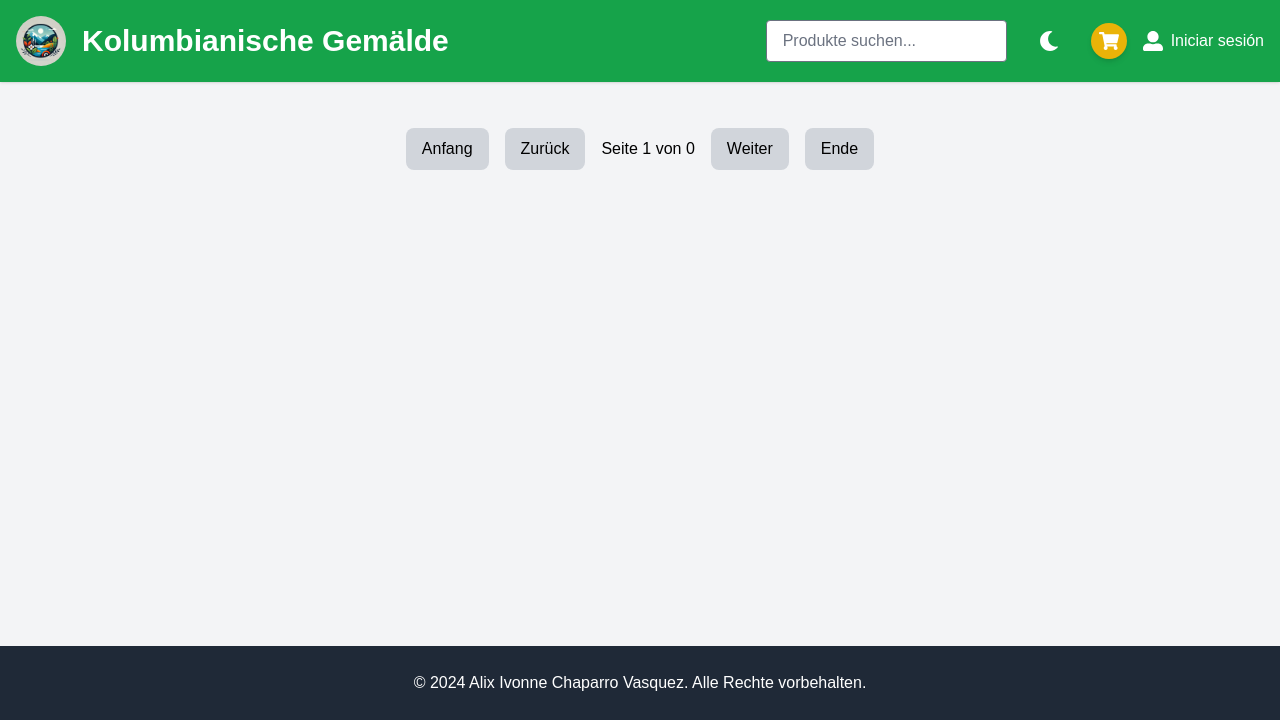
Repository: alixchaparrov/bilder-shop
Page: /
The author's editor kept a copy of each file at every save. The page is drawn from the files as they stood at one save, then again after the next save.
The browser window is 1280 px wide. The pictures show the whole page.
The page's requests for data from a server got no answer. The project was rebuilt for these pictures with package versions that can differ from the ones it lists, and the page was loaded fresh each time. The framework's server and built-in components were replaced by stand-ins that run in the browser. No one was signed in, and anything a server would have sent is missing. Also part of the build but not shown: next.config.ts, src/app/components/ProductCard.tsx, src/lib/firebaseConfig.ts, src/app/components/AuthComponent.tsx.

Above is the page before, as saved 2024-12-27 18:34:23.

### src/app/layout.tsx
"use client";

import "./globals.css";
import { Geist, Geist_Mono } from "next/font/google";

const geistSans = Geist({
  variable: "--font-geist-sans",
  subsets: ["latin"],
});

const geistMono = Geist_Mono({
  variable: "--font-geist-mono",
  subsets: ["latin"],
});

export default function RootLayout({
  children,
}: {
  children: React.ReactNode;
}) {
  return (
    <html lang="de">
      <head>
        <title>Kolumbianische Gemälde</title>
        <meta
          name="description"
          content="Galerie von kolumbianischen Landschaftsgemälden. Entdecken Sie die Schönheit Kolumbiens durch unsere einzigartigen Kunstwerke."
        />
        <meta
          name="keywords"
          content="Kolumbianische Kunst, Landschaftsgemälde, Gemälde kaufen"
        />
        <link rel="icon" href="/favicon.ico" />
      </head>
      <body className={`${geistSans.variable} ${geistMono.variable} antialiased`}>
        {children}
      </body>
    </html>
  );
}

### src/app/page.tsx
"use client";

import { useState, useEffect } from "react";
import client from "@/lib/sanity";
import ProductCard from "@/app/components/ProductCard";
import Image from "next/image";
import { useCartStore } from "@/store/cartStore";
import { FaMinus, FaPlus, FaTrash, FaShoppingCart, FaMoon, FaSun, FaUserAlt } from "react-icons/fa";
import AuthComponent from "@/app/components/AuthComponent"; // Importación del componente de autenticación

export default function Home() {
  const [products, setProducts] = useState([]);
  const { cart, addToCart, removeFromCart, clearCart, removeOneFromCart } =
    useCartStore();
  const [searchQuery, setSearchQuery] = useState("");
  const [darkMode, setDarkMode] = useState(false);
  const [showCart, setShowCart] = useState(false);
  const [currentPage, setCurrentPage] = useState(1);
  const itemsPerPage = 6;

  const [showModal, setShowModal] = useState(false); // Estado para el modal de autenticación

  useEffect(() => {
    const fetchProducts = async () => {
      try {
        const fetchedProducts = await client.fetch(`*[_type == "product"]`);
        setProducts(fetchedProducts);
      } catch (err) {
        console.error("Error al cargar productos:", err);
      }
    };

    fetchProducts();
  }, []);

  const filteredProducts = products.filter((product) =>
    product.name.toLowerCase().includes(searchQuery.toLowerCase())
  );

  const totalPages = Math.ceil(filteredProducts.length / itemsPerPage);
  const paginatedProducts = filteredProducts.slice(
    (currentPage - 1) * itemsPerPage,
    currentPage * itemsPerPage
  );

  const getTotalPrice = () => {
    return cart.reduce((total, item) => total + item.price * item.quantity, 0);
  };

  return (
    <div
      className={`min-h-screen flex flex-col ${
        darkMode ? "bg-gray-900 text-white" : "bg-gray-100 text-black"
      }`}
    >
      {/* Barra de navegación */}
      <nav className="p-4 fixed top-0 w-full shadow bg-green-600 text-white z-10">
        <div className="max-w-7xl mx-auto flex justify-between items-center">
          <div className="flex items-center space-x-4">
            <Image
              src="/images/logo.png"
              alt="Kolumbianische Gemälde Logo"
              width={50}
              height={50}
              className="rounded-full"
            />
            <h1 className="text-3xl font-bold">Kolumbianische Gemälde</h1>
          </div>
          <div className="flex items-center space-x-4">
            <input
              type="text"
              placeholder="Produkte suchen..."
              className="px-4 py-2 rounded-lg text-black"
              value={searchQuery}
              onChange={(e) => setSearchQuery(e.target.value)}
            />
            <button
              className="px-4 py-2 rounded-lg"
              onClick={() => setDarkMode(!darkMode)}
            >
              {darkMode ? <FaSun size={20} /> : <FaMoon size={20} />}
            </button>
            <button
              className="cart-button flex items-center space-x-2 text-white"
              onClick={() => setShowCart(!showCart)}
            >
              <FaShoppingCart size={20} />
              {cart.length > 0 && (
                <span className="cart-counter">
                  {cart.reduce((total, item) => total + item.quantity, 0)}
                </span>
              )}
            </button>
            {/* Botón de login */}
            <button
              className="text-white flex items-center"
              onClick={() => setShowModal(true)}  // Abre el modal
            >
              <FaUserAlt size={20} className="mr-2" /> Iniciar sesión
            </button>
          </div>
        </div>
      </nav>

      {/* Modal de autenticación */}
      {showModal && (
        <div
          className="fixed inset-0 bg-gray-500 bg-opacity-75 flex justify-center items-center z-50"
          onClick={() => setShowModal(false)}  // Cierra el modal cuando se hace clic fuera de él
        >
          <div
            className="bg-white p-8 rounded-lg shadow-lg max-w-sm w-full"
            onClick={(e) => e.stopPropagation()} // Previene el cierre cuando se hace clic dentro
          >
            <button
              className="absolute top-2 right-2 text-gray-700"
              onClick={() => setShowModal(false)}  // Cierra el modal
            >
              X
            </button>
            <h2 className="text-2xl font-semibold text-center mb-4">Iniciar sesión o Registrarse</h2>
            <AuthComponent />
          </div>
        </div>
      )}

      {/* Contenido principal */}
      <main className="flex-grow pt-24 p-4 sm:p-8 max-w-7xl mx-auto">
        <h2 className="text-2xl sm:text-3xl lg:text-4xl font-semibold text-center mb-6">
          Unsere Gemälde
        </h2>
        <div className="grid grid-cols-1 sm:grid-cols-2 lg:grid-cols-3 gap-6">
          {paginatedProducts.map((product) => (
            <ProductCard key={product._id} product={product} />
          ))}
        </div>

        {/* Paginación */}
        <div className="flex justify-center items-center mt-8 space-x-4">
          <button
            className="bg-gray-300 px-4 py-2 rounded-lg"
            disabled={currentPage === 1}
            onClick={() => setCurrentPage(1)}
          >
            Anfang
          </button>
          <button
            className="bg-gray-300 px-4 py-2 rounded-lg"
            disabled={currentPage === 1}
            onClick={() => setCurrentPage(currentPage - 1)}
          >
            Zurück
          </button>
          <span>
            Seite {currentPage} von {totalPages}
          </span>
          <button
            className="bg-gray-300 px-4 py-2 rounded-lg"
            disabled={currentPage === totalPages}
            onClick={() => setCurrentPage(currentPage + 1)}
          >
            Weiter
          </button>
          <button
            className="bg-gray-300 px-4 py-2 rounded-lg"
            disabled={currentPage === totalPages}
            onClick={() => setCurrentPage(totalPages)}
          >
            Ende
          </button>
        </div>
      </main>

      {/* Modal del carrito */}
      {showCart && (
        <div className="modal-overlay" onClick={() => setShowCart(false)}>
          <div className="modal-content" onClick={(e) => e.stopPropagation()}>
            <h2 className="modal-header">Warenkorb</h2>
            {cart.length > 0 ? (
              <>
                <ul>
                  {cart.map((item) => (
                    <li key={item._id} className="flex justify-between items-center">
                      <span>
                        {item.name} (x{item.quantity}) - {item.price * item.quantity} €
                      </span>
                      <div className="flex items-center space-x-2">
                        <button
                          onClick={() => removeOneFromCart(item._id)}
                          className="text-yellow-500 hover:text-yellow-700"
                        >
                          <FaMinus />
                        </button>
                        <button
                          onClick={() => addToCart(item)}
                          className="text-green-500 hover:text-green-700"
                        >
                          <FaPlus />
                        </button>
                        <button
                          onClick={() => removeFromCart(item._id)}
                          className="text-red-500 hover:text-red-700"
                        >
                          <FaTrash />
                        </button>
                      </div>
                    </li>
                  ))}
                </ul>
                <div className="mt-4 flex justify-between">
                  <button
                    onClick={() => clearCart()}
                    className="bg-red-500 text-white px-4 py-2 rounded hover:bg-red-600"
                  >
                    Warenkorb leeren
                  </button>
                  <span className="font-bold text-lg">
                    Gesamtpreis: {getTotalPrice()} €
                  </span>
                </div>
              </>
            ) : (
              <p>Ihr Warenkorb ist leer</p>
            )}
            <button className="modal-close" onClick={() => setShowCart(false)}>
              Schließen
            </button>
          </div>
        </div>
      )}

      {/* Footer */}
      <footer className="bg-gray-800 text-white p-6 text-center">
        <p>
          © {new Date().getFullYear()} Alix Ivonne Chaparro Vasquez. Alle Rechte vorbehalten.
        </p>
      </footer>
    </div>
  );
}

### src/app/globals.css
@tailwind base;
@tailwind components;
@tailwind utilities;

/* Variables de color */
:root {
  --background: #ffffff; /* Fondo claro */
  --foreground: #000000; /* Texto oscuro */
  --primary: #00704A; /* Verde primario */
  --secondary: #FFB400; /* Amarillo vibrante */
  --accent: #D62828; /* Rojo cálido */
}

.dark {
  --background: #000000; /* Fondo oscuro */
  --foreground: #ffffff; /* Texto claro */
  --primary: #34D399; /* Verde más claro para fondo oscuro */
  --secondary: #FACC15; /* Amarillo claro para fondo oscuro */
  --accent: #EF4444; /* Rojo vibrante */
}

@media (prefers-color-scheme: dark) {
  :root {
    --background: #0a0a0a;
    --foreground: #ededed;
  }
}

/* Estilo general */
body {
  color: var(--foreground);
  background: var(--background);
  font-family: Arial, Helvetica, sans-serif;
  line-height: 1.6; /* Mejor legibilidad */
}

/* Espaciado adicional */
main {
  padding-top: 6rem; /* Más espacio debajo de la barra de navegación */
}

/* Botones */
.btn-primary {
  @apply px-4 py-2 font-bold rounded transition duration-300;
}

.btn-green {
  @apply bg-green-500 text-white px-4 py-2 rounded-lg hover:bg-green-600 active:scale-95 shadow-sm;
}

.btn-yellow {
  @apply bg-yellow-500 text-black px-4 py-2 rounded-lg hover:bg-yellow-600 active:scale-95 shadow-sm;
}

.btn-gray {
  @apply bg-gray-600 text-gray-400 opacity-50 cursor-not-allowed shadow-none px-4 py-2;
}

/* Botón del carrito */
.cart-button {
  @apply relative flex items-center justify-center p-2 rounded-full bg-yellow-500 hover:bg-yellow-600 transition-colors duration-300 shadow-md;
}

.cart-counter {
  @apply absolute -top-1 -right-1 bg-red-500 text-white rounded-full w-6 h-6 flex items-center justify-center text-sm font-bold shadow-lg;
}

/* Iconos */
.icon-cart {
  @apply flex items-center justify-center rounded-full p-2 shadow-md;
  background-color: var(--secondary);
  color: var(--foreground);
  transition: transform 0.3s;
}

.icon-cart:hover {
  @apply scale-105;
}

.icon-cart-badge {
  @apply absolute bg-red-500 text-white rounded-full flex items-center justify-center text-xs font-bold;
  width: 1.5rem;
  height: 1.5rem;
  top: -0.5rem;
  right: -0.5rem;
  box-shadow: 0 2px 4px rgba(0, 0, 0, 0.2);
}

/* Modal del carrito */
.modal-overlay {
  @apply fixed inset-0 bg-black bg-opacity-60 flex justify-center items-center z-50;
}

.modal-content {
  @apply bg-white text-black dark:bg-gray-800 dark:text-gray-200 p-6 rounded-lg shadow-lg max-w-lg w-full;
}

.modal-content .text-lg {
  font-size: 1.125rem;
}

.modal-content .text-xl {
  font-size: 1.25rem;
  font-weight: bold;
  color: var(--primary); /* Usa tu color principal */
}


.modal-header {
  @apply text-lg font-bold mb-4 text-center;
}

.modal-close {
  @apply mt-4 w-full bg-gray-800 text-white py-2 rounded hover:bg-gray-700 dark:bg-gray-600 dark:hover:bg-gray-500;
}

/* Estilo para las tarjetas */
.card {
  @apply bg-card shadow-card rounded-lg overflow-hidden flex flex-col transition-transform duration-300 hover:scale-105 hover:shadow-lg;
}

.card-title {
  @apply text-lg sm:text-xl font-serif font-bold;
}

.card-description {
  @apply text-sm sm:text-base text-gray-600;
}

.card-price {
  @apply text-lg font-semibold text-accent mt-2;
}

.cart-button {
  @apply relative flex items-center justify-center p-2 rounded-full bg-yellow-500 hover:bg-yellow-600 transition-colors duration-300 shadow-md;
}

.cart-counter {
  @apply absolute -top-1 -right-1 bg-red-500 text-white rounded-full w-6 h-6 flex items-center justify-center text-sm font-bold shadow-lg;
}

/* Estilo para inputs */
input[type="text"] {
  @apply px-4 py-2 rounded border focus:outline-none focus:ring-2 focus:ring-secondary;
  transition: box-shadow 0.3s;
}

/* Transiciones suaves */
button {
  transition: transform 0.3s ease, background-color 0.3s ease, color 0.3s ease;
}

button:hover {
  transform: translateY(-2px);
}

button:active {
  transform: scale(0.95);
}

/* Contenedor de las tarjetas */
.grid-container {
  @apply gap-8;
}


/* Ajustes específicos para el diseño */
.navbar {
  @apply bg-primary text-textLight fixed top-0 left-0 right-0 z-50 flex justify-between items-center p-4;
}

.navbar input {
  @apply bg-white border-gray-300 rounded px-4 py-2 focus:outline-none focus:ring-2 focus:ring-secondary;
}

.footer {
  @apply bg-gray-800 text-white text-center py-6;
}

### src/lib/sanity.ts
import { createClient } from "@sanity/client";
import imageUrlBuilder from "@sanity/image-url";

const client = createClient({
  projectId: "mo3mvugi", // Reemplaza con tu Project ID
  dataset: "production",
  apiVersion: "2023-01-01",
  useCdn: true,
});

const builder = imageUrlBuilder(client);

export const urlFor = (source) => builder.image(source);

export default client;

### src/store/cartStore.ts
import { create } from "zustand";

export const useCartStore = create((set) => ({
  cart: [],
  addToCart: (product) =>
    set((state) => {
      const existingProduct = state.cart.find(
        (item) => item._id === product._id
      );
      const updatedCart = existingProduct
        ? state.cart.map((item) =>
            item._id === product._id
              ? { ...item, quantity: item.quantity + 1 }
              : item
          )
        : [...state.cart, { ...product, quantity: 1 }];
      return { cart: updatedCart };
    }),
  removeFromCart: (productId) =>
    set((state) => ({
      cart: state.cart.filter((item) => item._id !== productId),
    })),
    removeOneFromCart: (productId) =>
      set((state) => {
        console.log("Antes de eliminar uno:", state.cart);
        const updatedCart = state.cart
          .map((item) =>
            item._id === productId && item.quantity > 1
              ? { ...item, quantity: item.quantity - 1 }
              : item
          )
          .filter((item) => item.quantity > 0);
        console.log("Después de eliminar uno:", updatedCart);
        return { cart: updatedCart };
      }),



  clearCart: () => set({ cart: [] }), // Función para vaciar el carrito
  getTotalPrice: () => {
    const totalPrice = (get().cart || []).reduce(
      (total, item) => total + item.price * item.quantity,
      0
    );
    return totalPrice;
  },
}));

### tailwind.config.ts
import type { Config } from "tailwindcss";

import forms from "@tailwindcss/forms";

export default {
  content: [
    "./src/**/*.{js,ts,jsx,tsx}",
    "./src/pages/**/*.{js,ts,jsx,tsx}",
    "./src/components/**/*.{js,ts,jsx,tsx}",
    "./src/app/**/*.{js,ts,jsx,tsx}",
  ],
  theme: {
    extend: {
      colors: {
        primary: "#00704A", // Verde oscuro para un estilo tropical
        secondary: "#FFB400", // Amarillo vibrante para resaltar
        accent: "#D62828", // Rojo cálido para botones o acentos
        background: "#F3F4F6", // Fondo neutro claro
        card: "#FFFFFF", // Fondo blanco para tarjetas
        textDark: "#1B1B1B", // Texto oscuro
        textLight: "#FAFAFA", // Texto claro
      },
      fontFamily: {
        sans: ["Poppins", "sans-serif"], // Elegante y moderna
        serif: ["Merriweather", "serif"], // Clásica para títulos
      },
      boxShadow: {
        card: "0 4px 6px rgba(0, 0, 0, 0.1)", // Sombra suave para tarjetas
      },
    },
  },
  darkMode: "class", // Activa el soporte para modo oscuro
  plugins: [require("@tailwindcss/forms")], // Usa el plugin importado
} satisfies Config;

After the next save:
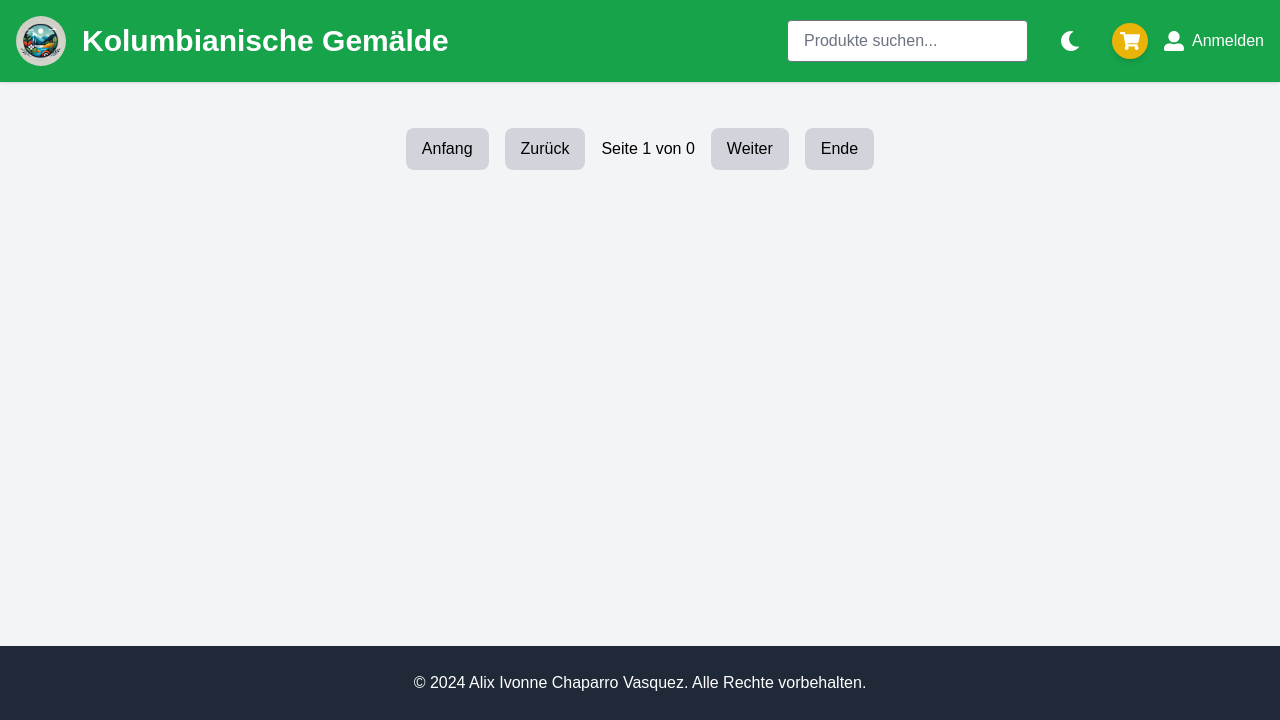
Saved 59 s later.
--- a/src/app/page.tsx
+++ b/src/app/page.tsx
@@ -96,7 +96,7 @@ export default function Home() {
               className="text-white flex items-center"
               onClick={() => setShowModal(true)}  // Abre el modal
             >
-              <FaUserAlt size={20} className="mr-2" /> Iniciar sesión
+              <FaUserAlt size={20} className="mr-2" /> Anmelden
             </button>
           </div>
         </div>
